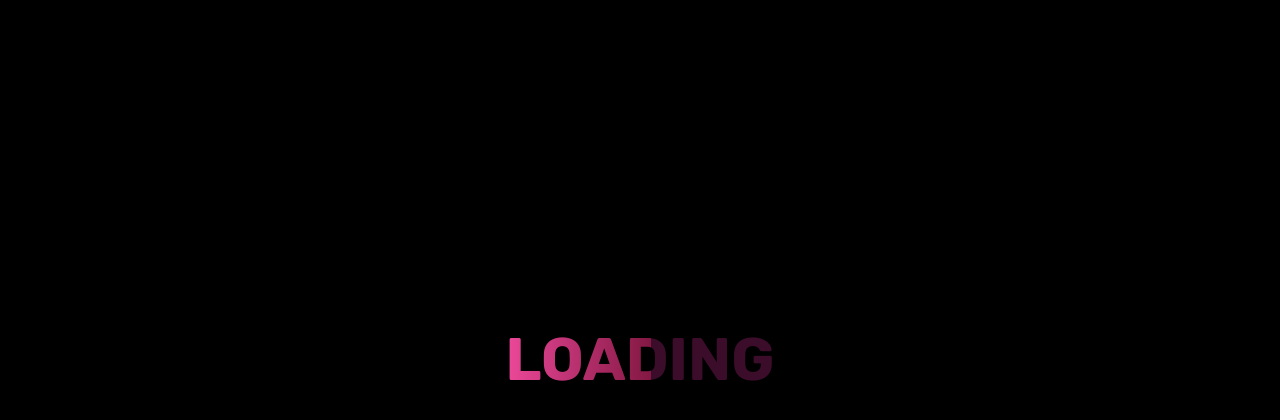
Repository: Shenixo/QuizApp
Page: /
The author's editor kept a copy of each file at every save. The page is drawn from the files as they stood at one save, then again after a run of saves.
The browser window is 1280 px wide. The pictures show the whole page.
The page's requests for data from a server got no answer. The project was rebuilt for these pictures with package versions that can differ from the ones it lists, and the page was loaded fresh each time. No one was signed in, and anything a server would have sent is missing. Also part of the build but not shown: vite.config.js, src/App.css, src/Components/Navbar/Navbar.jsx, src/Components/Option/Option.jsx, src/Pages/Game/Game.jsx.

Above is the page before, as saved 2025-03-31 22:15:28.

After the next 4 saves:
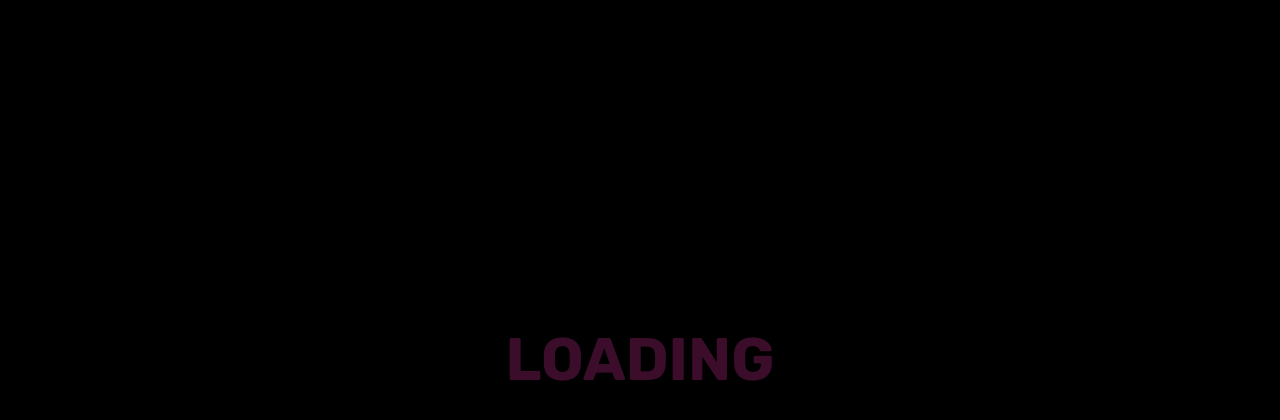
The 4 saves are shown as one change because they came seconds apart.
The last was saved 44 s later.
--- a/src/Pages/Progress/Progress.jsx
+++ b/src/Pages/Progress/Progress.jsx
@@ -16,7 +16,7 @@
       <div className="relative text-6xl font-bold">
         {/* Masked Text */}
         <h1
-          className="absolute inset-0 bg-gradient-to-r from-pink-500 to-pink-900 bg-clip-text text-transparent"
+          className="absolute inset-0 bg-gradient-to-r bg bg-clip-text text-transparent"
           style={{
             width: `${count}%`,
             whiteSpace: "nowrap",
